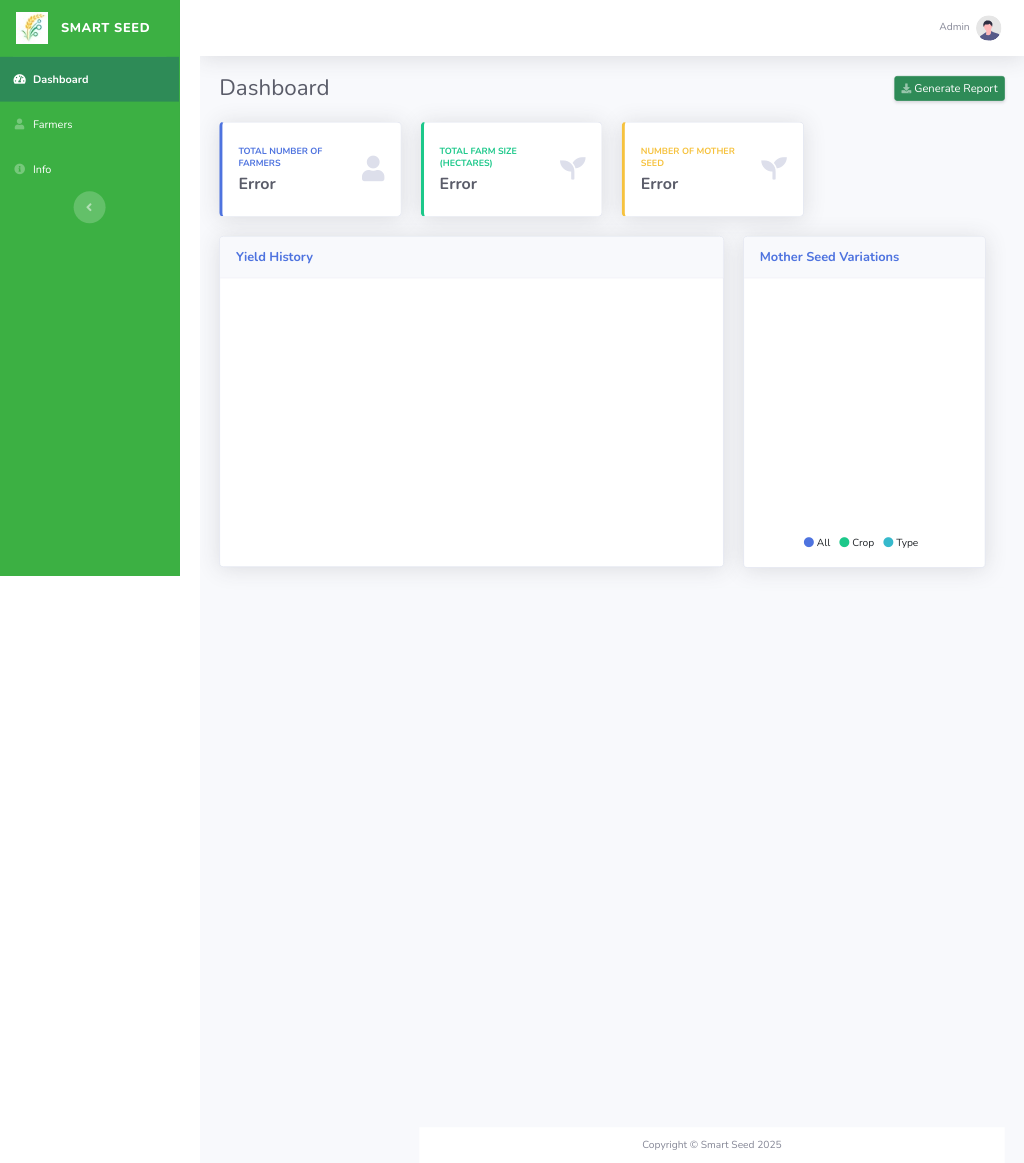
Repository: IFoundGeorge/Smart-Seed-v8-master
Page: src/index.html
The author's editor kept a copy of each file at every save. The page is drawn from the files as they stood at one save, then again after the next save.
The browser window is 1280 px wide. The pictures show the whole page, at 80% of full size.
The page's requests for data from a server got no answer. Some web libraries are served in a nearby version.

Above is the page before, as saved 2025-03-19 02:35:11.

After the next save:
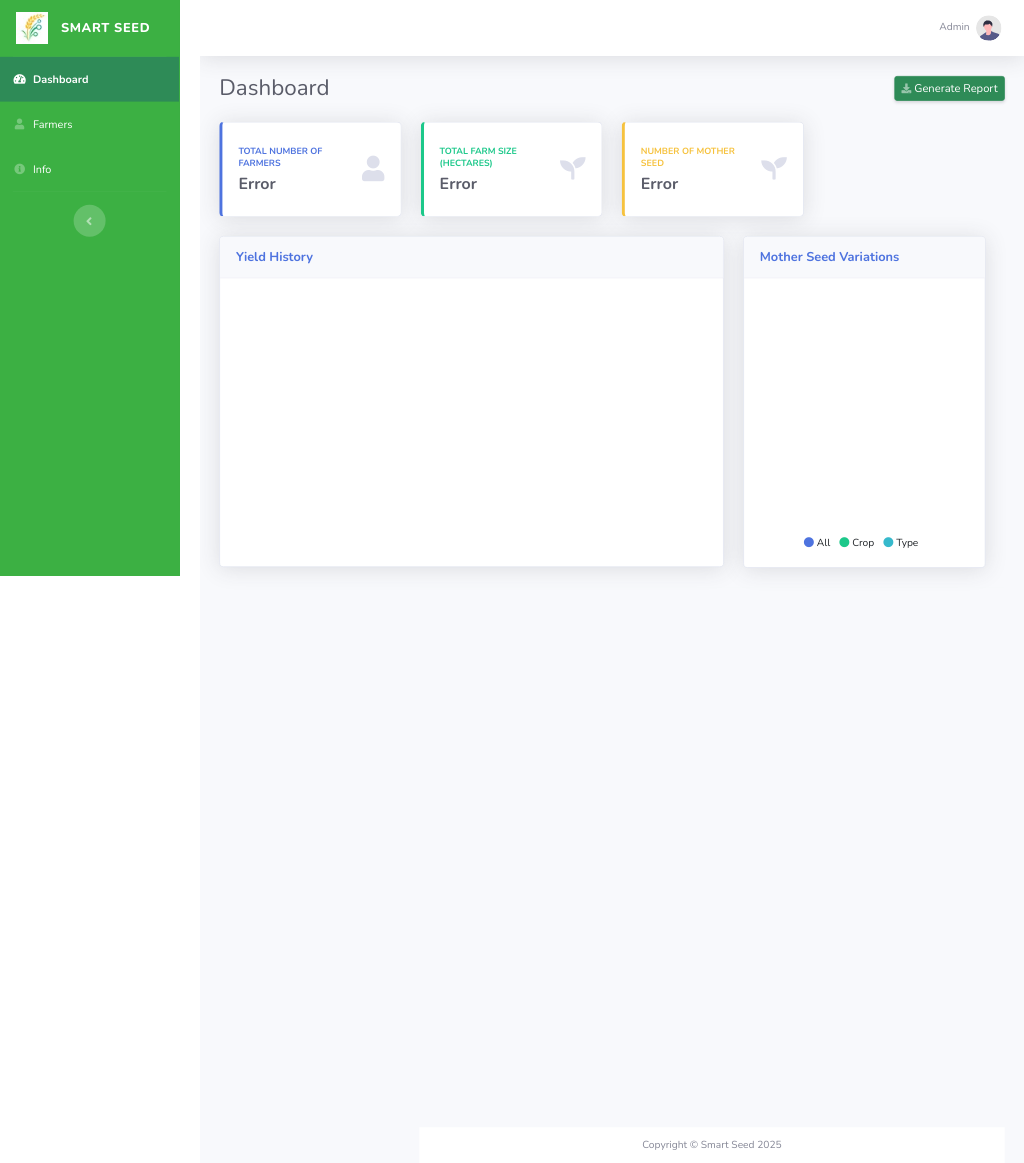
Saved 48 s later.
--- a/src/index.html
+++ b/src/index.html
@@ -155,6 +155,9 @@
                     <span>Info</span>
                 </a>
             </li>
+
+            <!-- Divider -->
+            <hr class="sidebar-divider d-none d-md-block">
 
             <!-- Sidebar Toggler (Sidebar) -->
             <div class="text-center d-none d-md-inline">
